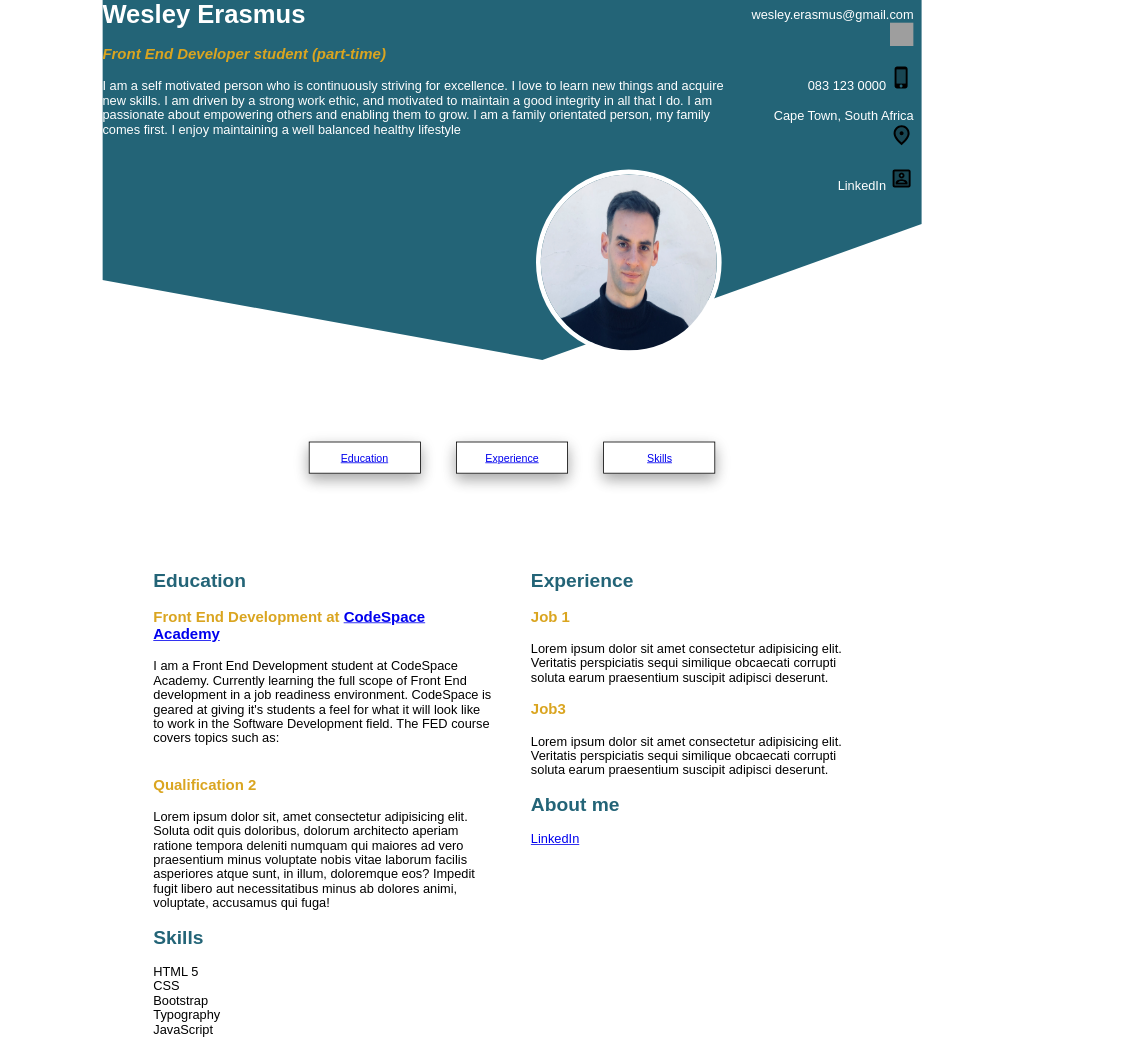
Repository: WesleyErasmus/myDigitalResume
Page: Resume-Projec-3/index.html
An editor plug-in stored every save of this project. The page is shown before and after a run of saves, followed by the edit.
The browser window is 1280 px wide. The page is 1408 px wide, so the pictures cover 1408 px, including what lies to the right of the window. The pictures show the whole page, at 80% of full size.
Pictures or frames that could not be fetched are drawn as grey boxes.

Above is the page before, as saved 2022-02-12 17:07:46.

After the next 3 saves:
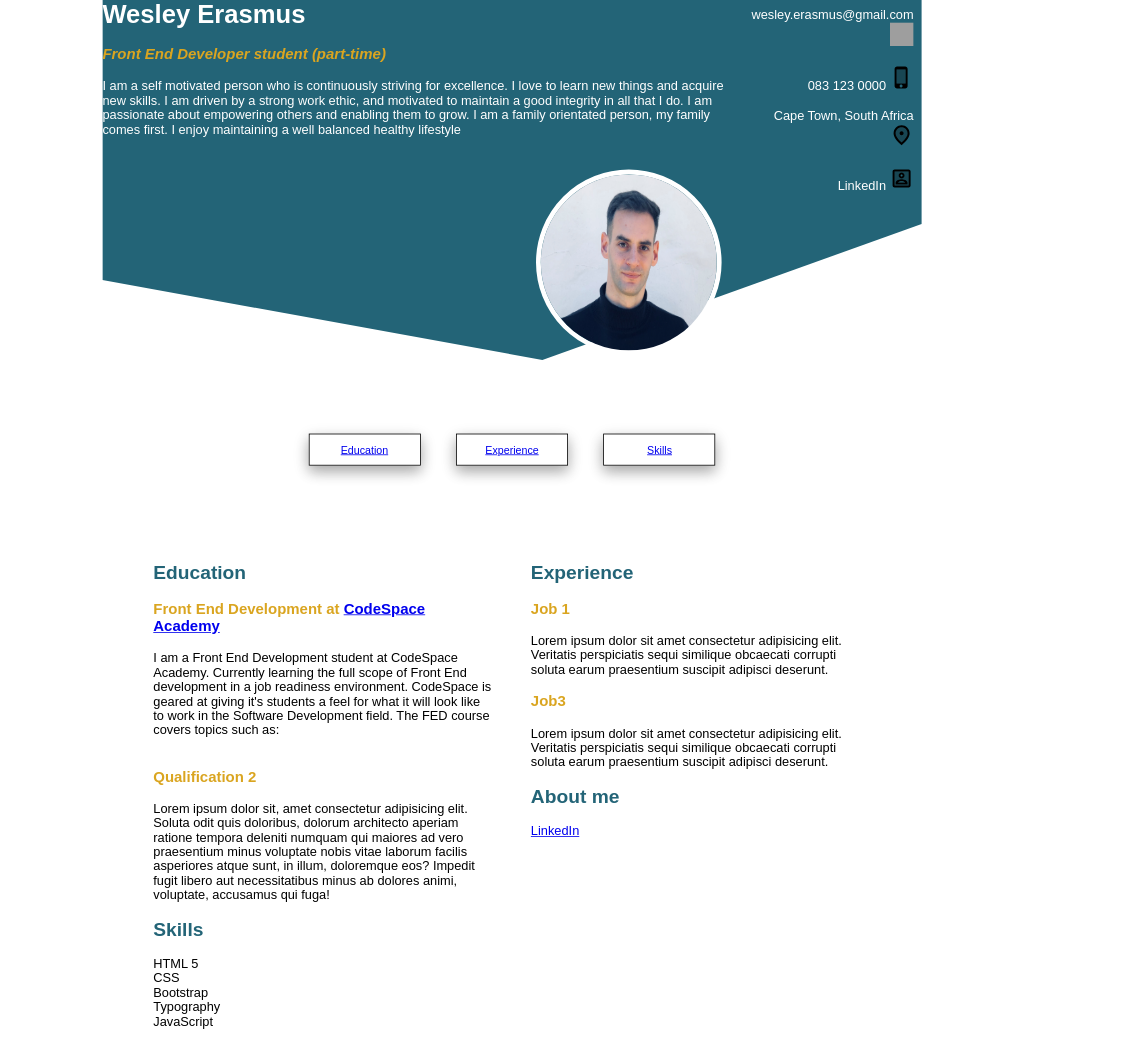
The 3 saves are shown as one change because they came seconds apart.
The last was saved 13 s later.
--- a/Resume-Projec-3/styles.css
+++ b/Resume-Projec-3/styles.css
@@ -63,7 +63,7 @@ svg {
 }
 nav {
     /* display: flex; */
-    margin-top: 300px;
+    margin-top: 290px;
 }
 .page-links li{
     display: inline;
